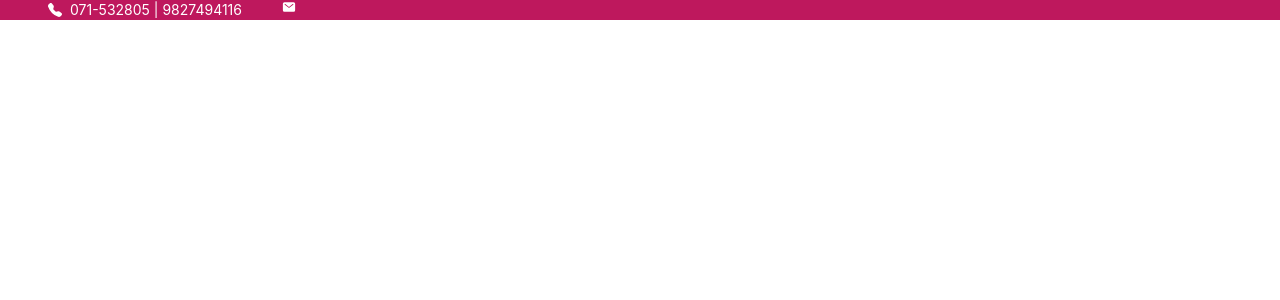
Repository: Sushant203/react-training-
Page: /
An editor plug-in stored every save of this project. The page is shown before and after the next save, followed by the edit.
The browser window is 1280 px wide. The pictures show the whole page.
The project was rebuilt for these pictures with package versions that can differ from the ones it lists, and the page was loaded fresh each time. Also part of the build but not shown: src/App.css.

Above is the page before, as saved 2022-12-15 00:53:30.

### src/App.js

import './App.css';
import UpperNav from './components/UpperNav';

function App() {
  return (
    <div>
      <UpperNav />
    </div>
  );
}

export default App;

### src/components/UpperNav.jsx
import React from "react";
import { BsFillTelephoneFill } from "react-icons/bs";
import { IoMail } from "react-icons/io5";
const UpperNav = () => {
  return (
    <div>
      <div className="bg-pink-700 align-center px-2 text-white text-sm">
        <div className="flex">
          <div className="flex gap-2 items-center mx-10">
            <BsFillTelephoneFill className="text-white" />
            <p>071-532805 | 9827494116</p>
          </div>
          <div className="">
            <IoMail />
          </div>
        </div>
        <div></div>
      </div>

      <div></div>
    </div>
  );
};

export default UpperNav;

Loaded but not shown: public/index.html (common file); src/index.js (common file); src/index.css (common file); src/reportWebVitals.js (common file); tailwind.config.js (common file)

After the next save:
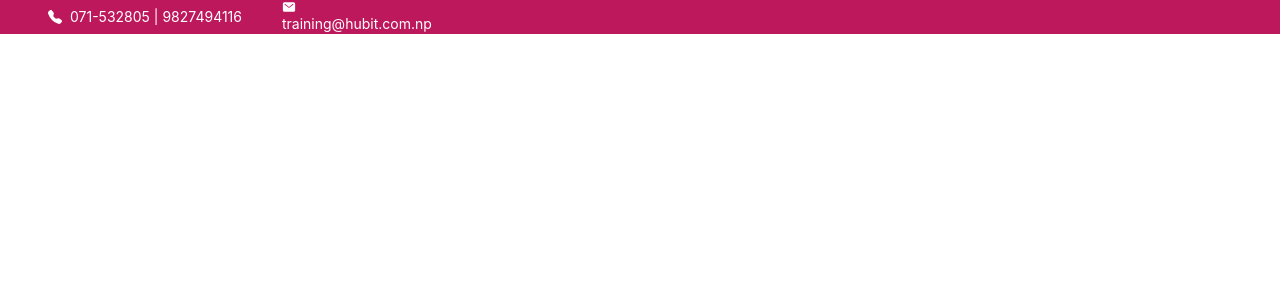
Saved 34 s later.
--- a/src/components/UpperNav.jsx
+++ b/src/components/UpperNav.jsx
@@ -12,6 +12,7 @@ const UpperNav = () => {
           </div>
           <div className="">
             <IoMail />
+            <p>training@hubit.com.np</p>
           </div>
         </div>
         <div></div>

After the save that followed:
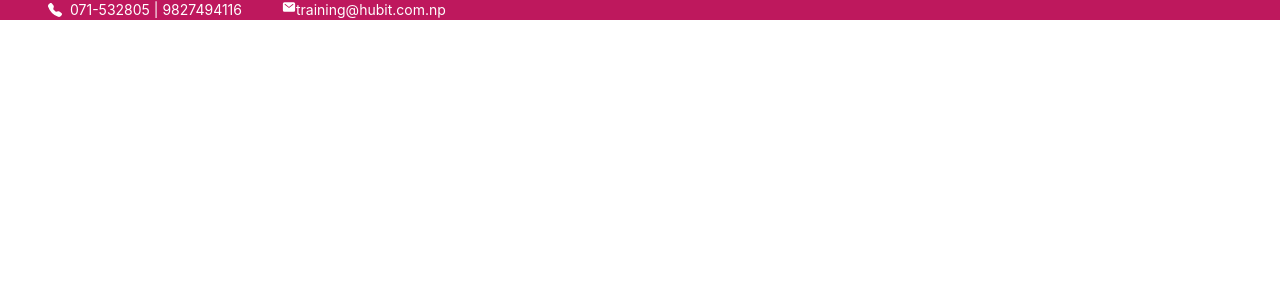
Saved 18 s later.
--- a/src/components/UpperNav.jsx
+++ b/src/components/UpperNav.jsx
@@ -10,7 +10,7 @@ const UpperNav = () => {
             <BsFillTelephoneFill className="text-white" />
             <p>071-532805 | 9827494116</p>
           </div>
-          <div className="">
+          <div className="flex">
             <IoMail />
             <p>training@hubit.com.np</p>
           </div>
